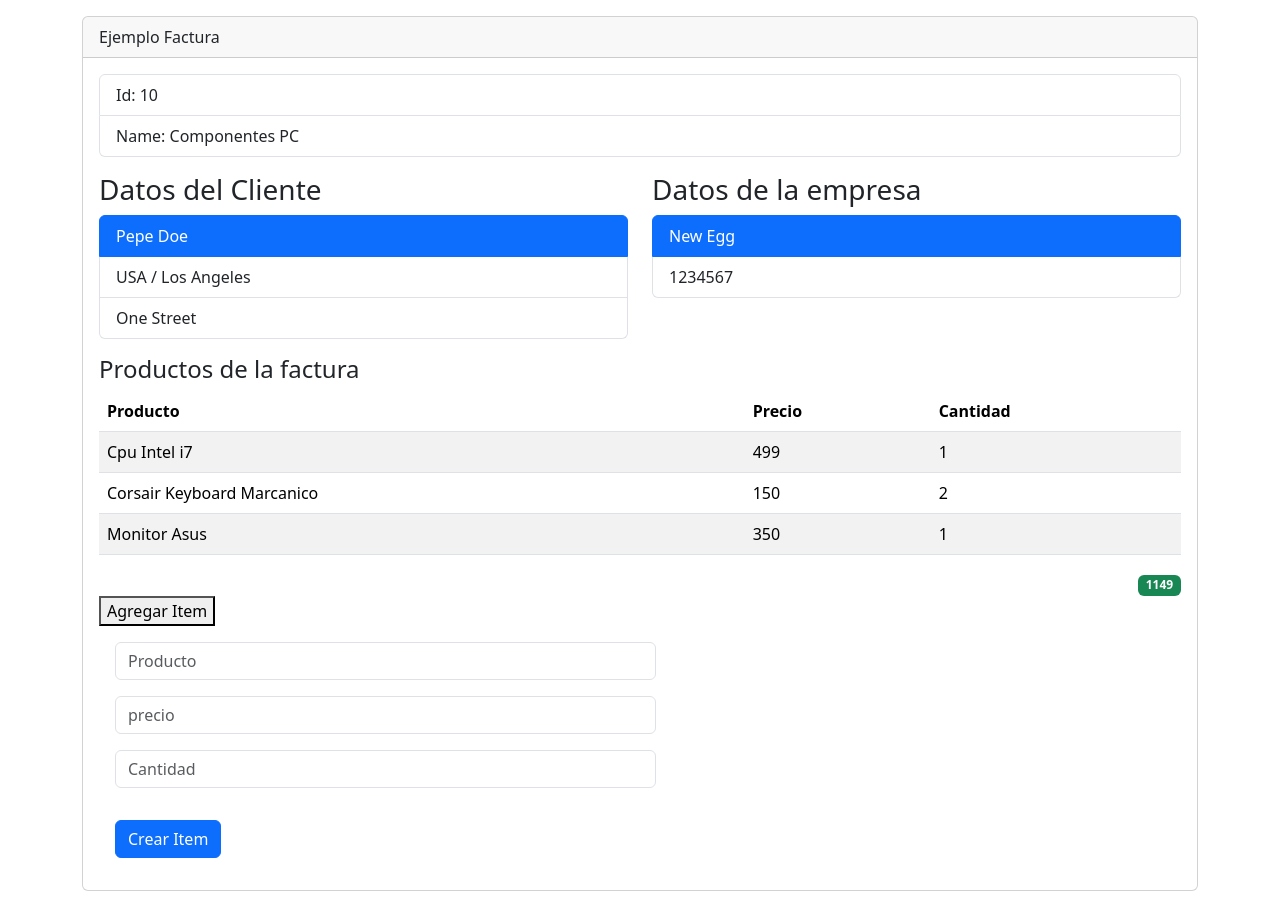
Repository: bryanesteban/4-invoice-app
Page: /
An editor plug-in stored every save of this project. The page is shown before and after the next save, followed by the edit.
The browser window is 1280 px wide. The pictures show the whole page.
The project was rebuilt for these pictures with package versions that can differ from the ones it lists, and the page was loaded fresh each time. Also part of the build but not shown: vite.config.js.

Above is the page before, as saved 2023-11-27 04:59:18.

After the next save:
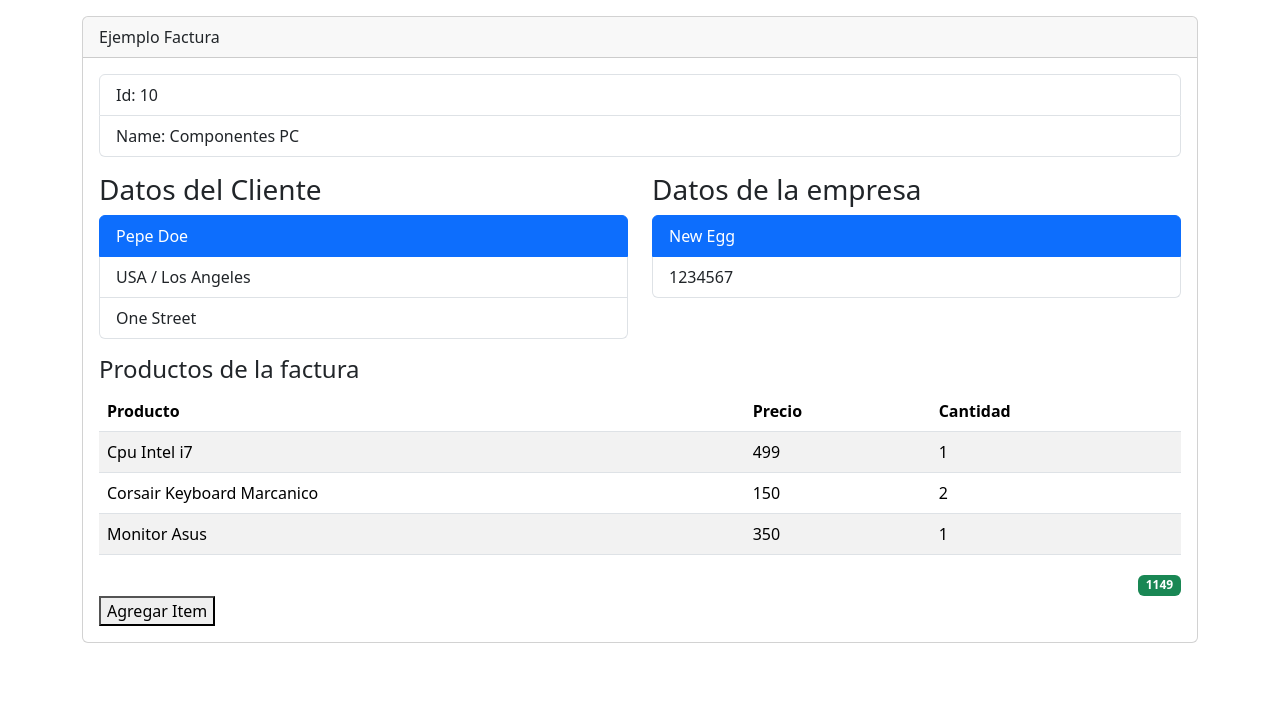
Saved 38 s later.
--- a/src/InvoiceApp.jsx
+++ b/src/InvoiceApp.jsx
@@ -103,7 +103,8 @@ export const InvoiceApp = () =>{
                     <ListItemsView title="Productos de la factura" items={items} />
                     <TotalView total={total}></TotalView>
                     <button>{ 'Agregar Item' }</button>
-                    <FormItemsView handler={ handlerAddItems } />
+                    { !activeForm ? '':  <FormItemsView handler={ handlerAddItems } /> }
+
                 </div>
             </div>
         </div>
